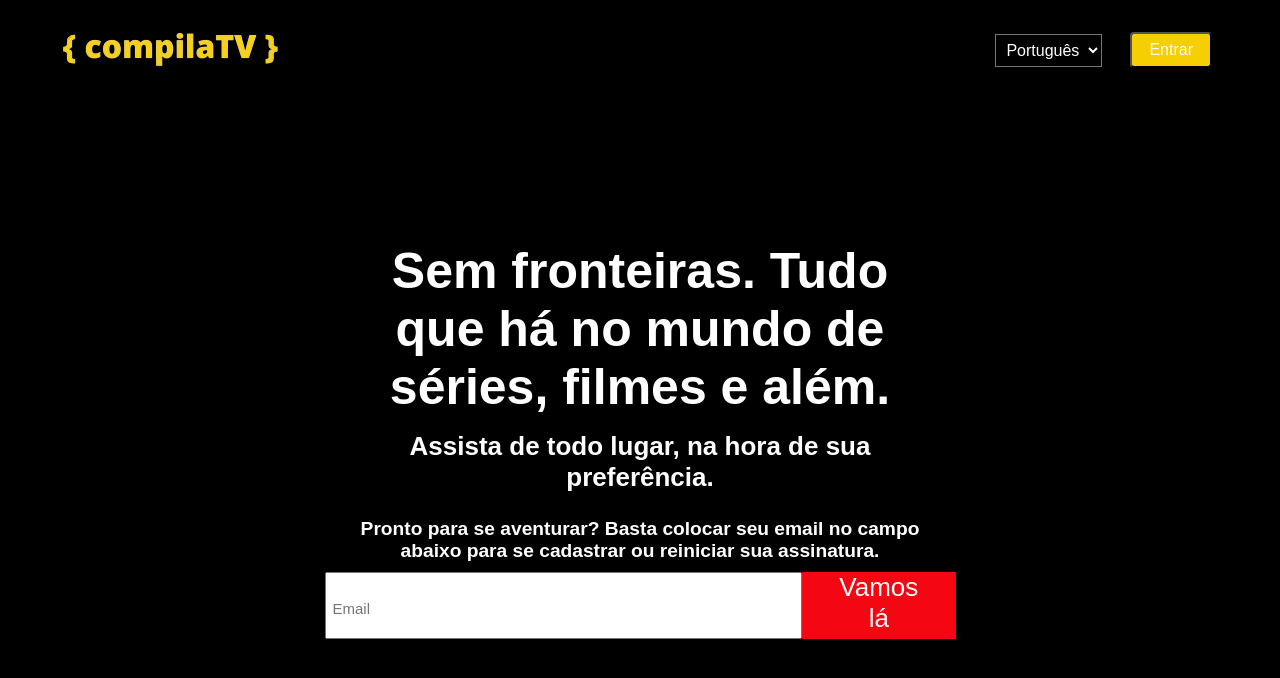
Repository: Wo1verine45/tcclets
Page: /
An editor plug-in stored every save of this project. The page is shown before and after the next save, followed by the edit.
The browser window is 1280 px wide. The pictures show the whole page.
The project was rebuilt for these pictures with package versions that can differ from the ones it lists, and the page was loaded fresh each time. Also part of the build but not shown: src/pages/Main/homescreen.css, src/components/Input/index.js, src/pages/Login/Login.js.

Above is the page before, as saved 2021-10-22 18:31:06.

After the next save:
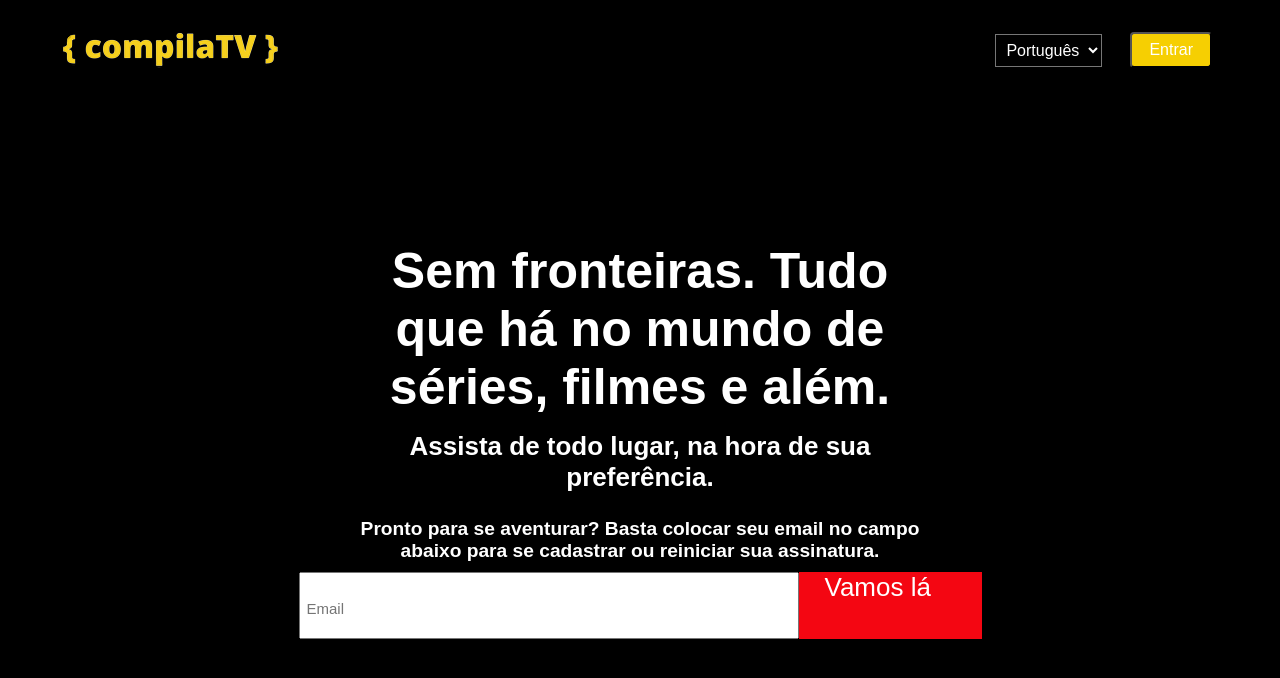
Saved 58 s later.
--- a/src/components/Button/Button.css
+++ b/src/components/Button/Button.css
@@ -1,5 +1,5 @@
 .Button-button-1 {
-    width: auto;
+    width: 183px;
     display: inline-flex;
     flex-direction: row;
     font-size: 1.625rem;
